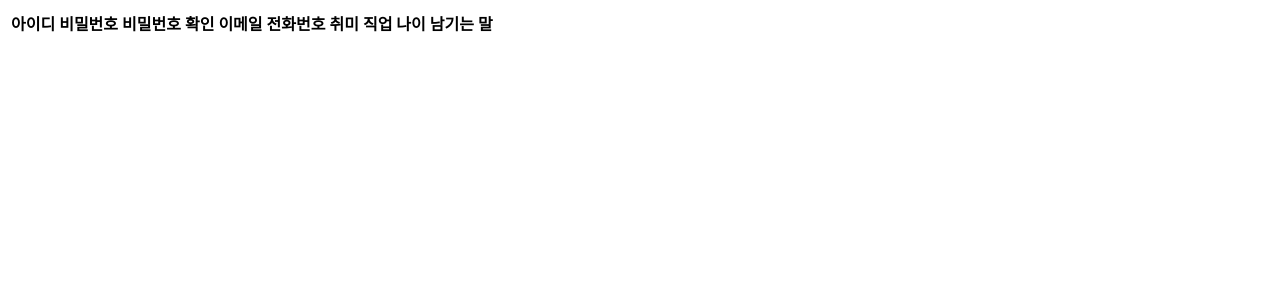
Repository: kkw3202/Jsp2026
Page: http://localhost/chapter01/Request/RequestJoinProc.jsp
These files come from the project's save history. The page is drawn as it stood at one moment and after the next save; the edit follows.
The browser window is 1280 px wide. The pictures show the whole page.
The page is served by Tomcat 9.

Above is the page before, as saved 2026-10-19 07:03:46.

After the next save:
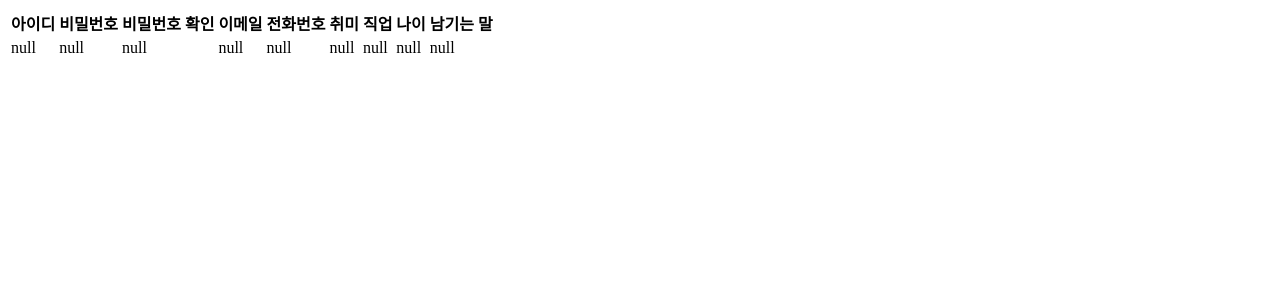
Saved 87 s later.
--- a/chapter01/src/main/webapp/Request/RequestJoinProc.jsp
+++ b/chapter01/src/main/webapp/Request/RequestJoinProc.jsp
@@ -36,6 +36,19 @@
 				<th>남기는 말</th>
 			</tr>
 		</thead>
+		<tbody>
+			<tr>
+				<td><%= id %></td>
+				<td><%= pass %></td>
+				<td><%= passchk %></td>
+				<td><%= email %></td>
+				<td><%= tel %></td>
+				<td><%= hobby %></td>
+				<td><%= job %></td>
+				<td><%= age %></td>
+				<td><%= info %></td>
+			</tr>
+		</tbody>
 	</table>
 
 </body>
